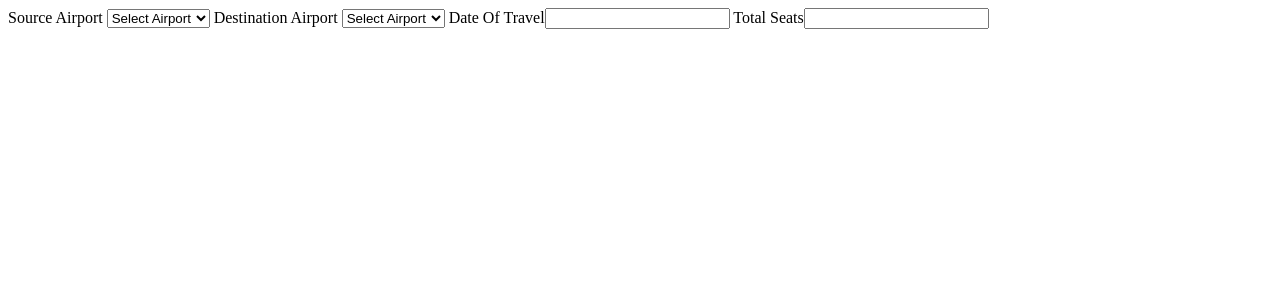
Repository: gotoharjeet/FlyAirline
Page: http://localhost/FlyAirline/searchFlight.jsp
The author's editor kept a copy of each file at every save. The page is drawn from the files as they stood at one save, then again after the next save.
The browser window is 1280 px wide. The pictures show the whole page.
The page is served by Tomcat 9. Queries for data that is not in the repository find no rows.

Above is the page before, as saved 2022-08-16 11:40:51.

After the next save:
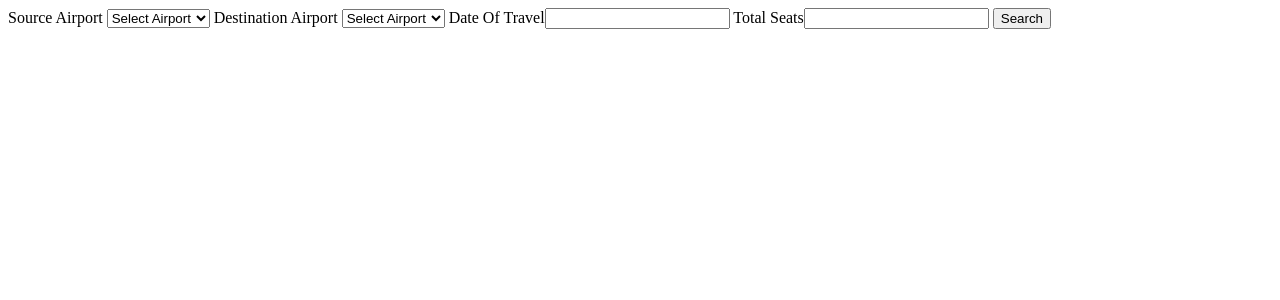
Saved 2 min 11 s later.
--- a/FlyAirline/src/main/webapp/searchFlight.jsp
+++ b/FlyAirline/src/main/webapp/searchFlight.jsp
@@ -60,6 +60,7 @@
 	    </select>
 	    Date Of Travel<input type="text" name="dot">
 	    Total Seats<input type="text" name="total_seats">
+	    <input type="submit" value="Search">
    </form>
 
 </body>
